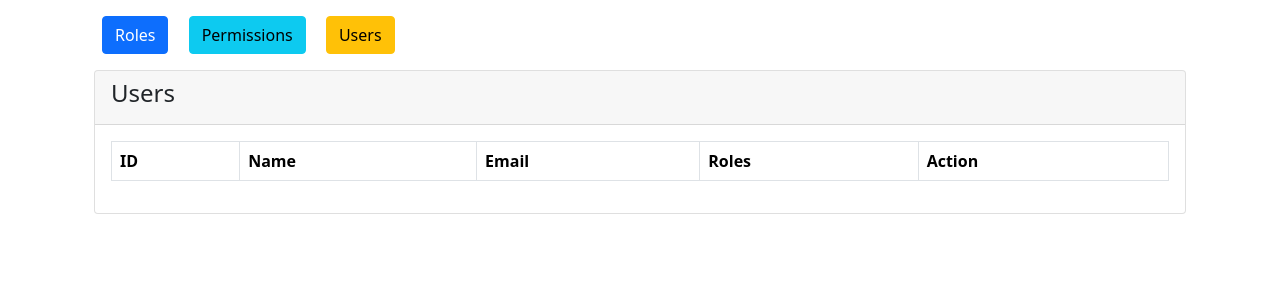
Repository: viisantos/permission_demo
Page: http://localhost/users
An editor plug-in stored every save of this project. The page is shown before and after the next save, followed by the edit.
The browser window is 1280 px wide. The pictures show the whole page.
The page is served by the project's Laravel application, run on PHP 8.4 with Laravel 10. Queries for data that is not in the repository find no rows.

Above is the page before, as saved 2024-05-25 21:05:59.

After the next save:
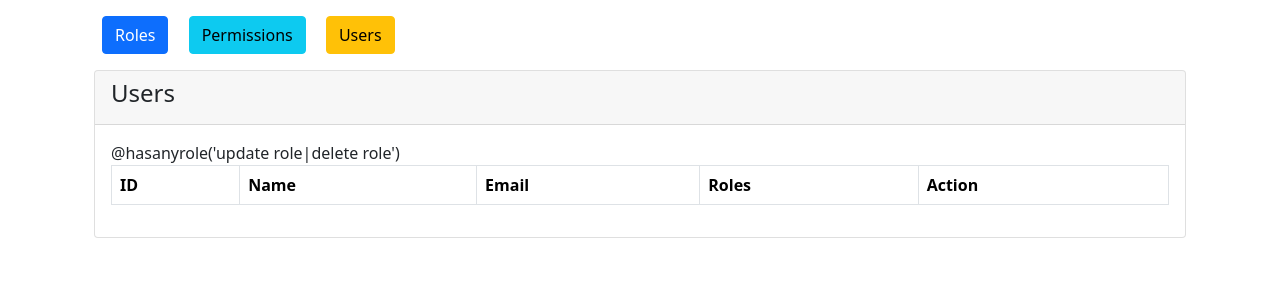
Saved 2 min 11 s later.
--- a/resources/views/role-permission/user/index.blade.php
+++ b/resources/views/role-permission/user/index.blade.php
@@ -26,6 +26,7 @@
                                 <th>Name</th>
                                 <th>Email</th>
                                 <th>Roles</th>
+                                @hasanyrole('update role|delete role')
                                 <th>Action</th>
                             </tr>
                         </thead>
